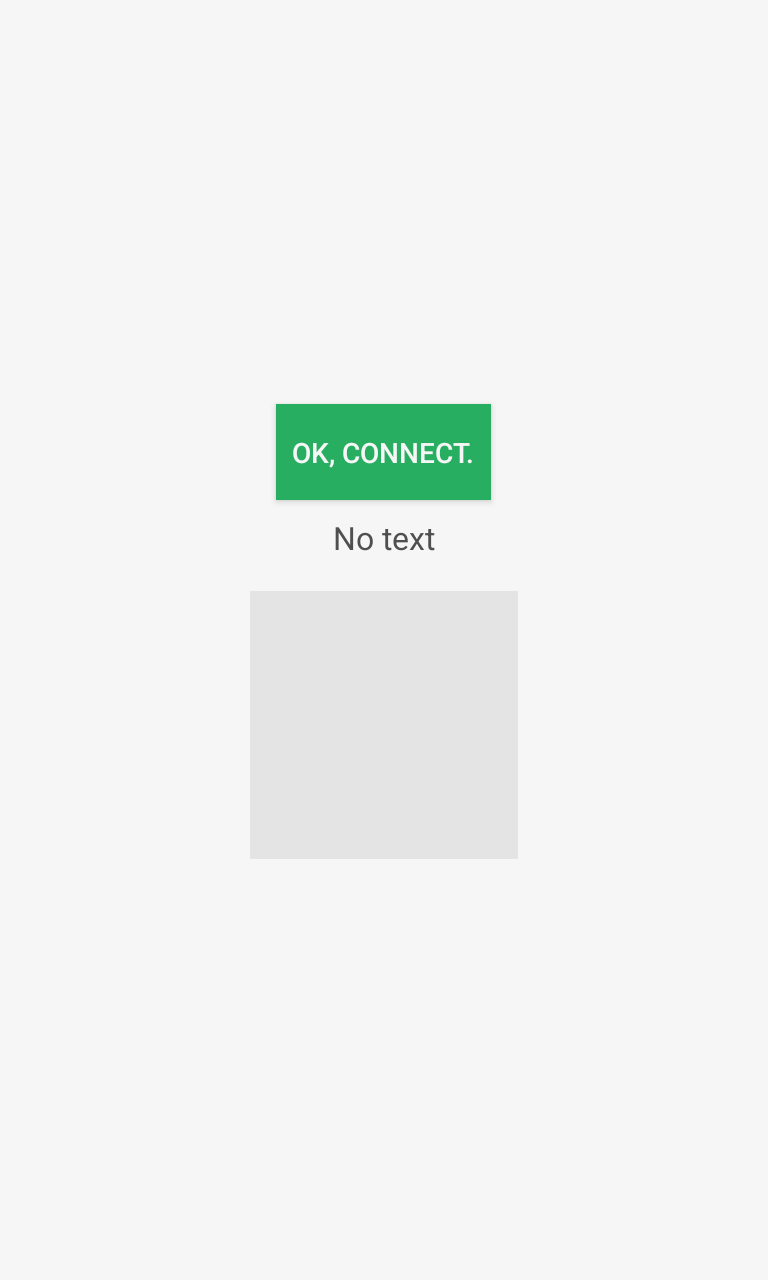
Repository: Vierco/Get_elements_from_web_and_caching
Layout: Guidelines_template/template/res/layout/hello.xml
These files come from the project's save history. The layout is drawn as it stood at one moment and after a run of saves; the edit follows.
It is drawn on a 768 x 1280 px phone screen (xhdpi) without system bars, with theme AppTheme; the app's code is not run. Lists and similar views that code fills are empty.

Above is the layout before, as saved 2014-05-01 20:19:42.

### Guidelines_template/template/res/layout/hello.xml
<LinearLayout xmlns:android="http://schemas.android.com/apk/res/android"
    xmlns:tools="http://schemas.android.com/tools"
    android:id="@+id/container"
    android:layout_width="match_parent"
    android:layout_height="match_parent"
    android:layout_marginBottom="@dimen/activity_vertical_margin"
    android:layout_marginLeft="@dimen/activity_horizontal_margin"
    android:layout_marginRight="@dimen/activity_horizontal_margin"
    android:layout_marginTop="@dimen/activity_vertical_margin"
    android:background="@color/white"
    android:gravity="center"
    android:orientation="vertical"
    tools:context="vierco.com.example.template.Hello" >

    <Button
        android:id="@+id/BT_connect"
        android:layout_width="wrap_content"
        android:layout_height="wrap_content"
        android:layout_gravity="center"
        android:background="@color/green"
        android:padding="@dimen/views_padding"
        android:text="@string/TXconnect"
        android:textColor="@color/white" />

    <TextView
        android:id="@+id/textView1"
        android:layout_width="wrap_content"
        android:layout_height="wrap_content"
        android:padding="@dimen/views_padding"
        android:text="@string/TXnoText"
        android:textColor="@color/text_color"
        android:textSize="@dimen/default_text_size" />

    <ImageView
        android:id="@+id/imageView1"
        android:layout_width="150dp"
        android:layout_height="150dp"
        android:padding="@dimen/views_padding"
        android:src="@color/grey" />

</LinearLayout>

### Guidelines_template/template/res/values/dimens.xml
<resources>

    <!-- Default screen margins, per the Android Design guidelines. -->
    <dimen name="views_padding">8dp</dimen>
    <dimen name="default_text_padding">3dp</dimen>
    <dimen name="title_text_padding">4dp</dimen>
    <dimen name="activity_horizontal_margin">9dp</dimen>
    <dimen name="activity_vertical_margin">9dp</dimen>
    <dimen name="default_text_size">16dp</dimen>
    <dimen name="title_text_size">22dp</dimen>
    <dimen name="subtitle_text_size">14dp</dimen>
    <dimen name="annotations_text_size">11dp</dimen>
    <dimen name="action_bar_text_size">13dp</dimen>
    <dimen name="button_text_size">15dp</dimen>

</resources>

### Guidelines_template/template/res/values/colors.xml
<?xml version="1.0" encoding="utf-8"?>
<resources>

    <color name="green">#27ae60</color>
    <color name="white">#f6f6f6</color>
    <color name="grey">#e4e4e4</color>
    <color name="text_color">#4f4f4f</color>

</resources>

### Guidelines_template/template/res/values/strings.xml
<?xml version="1.0" encoding="utf-8"?>
<resources>

    <string name="app_name">template</string>
    <string name="action_settings">Settings</string>
    <string name="TXconnect">Ok, connect.</string>
    <string name="TXnoText">No text</string>

</resources>

Loaded but not shown: Guidelines_template/template/res/values/styles.xml (common file); Guidelines_template/template/res/values-v11/styles.xml (common file); Guidelines_template/template/res/values-v14/styles.xml (common file); Guidelines_template/template/res/values-w820dp/dimens.xml (common file)

After the next 2 saves:
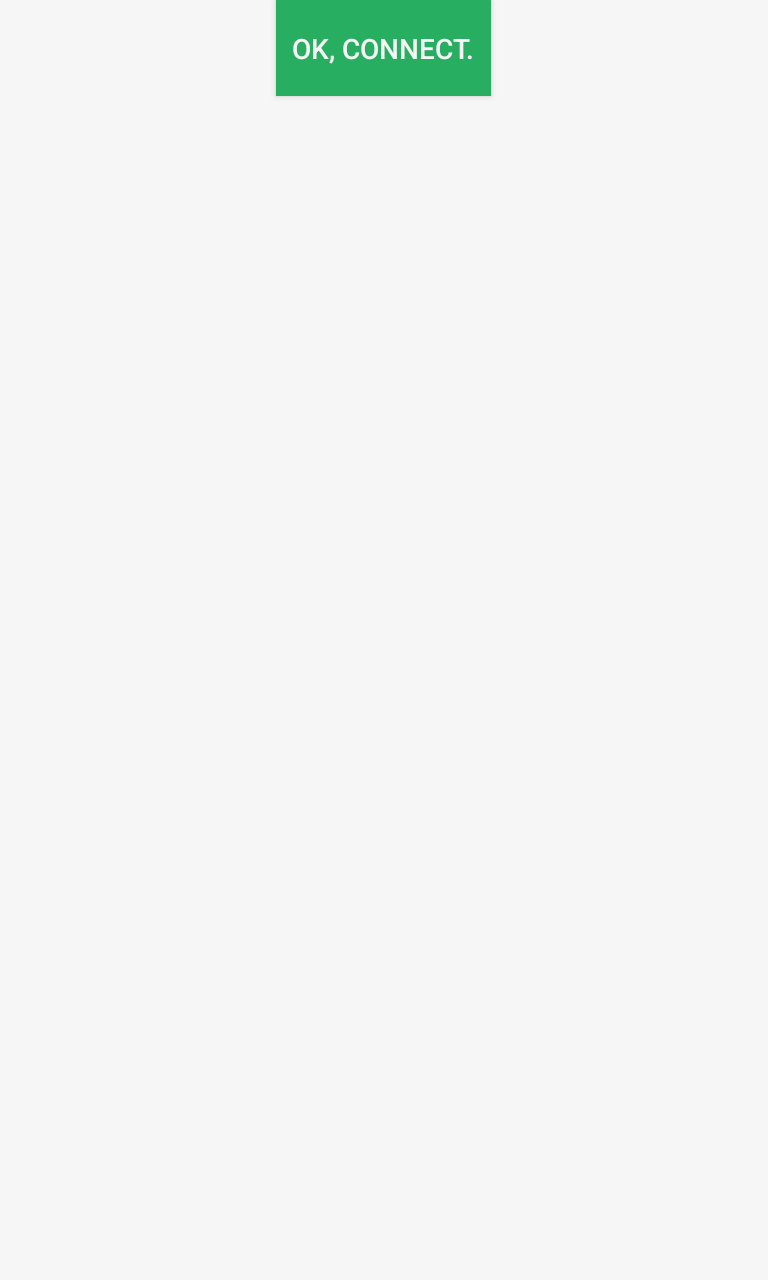
The 2 saves are shown as one change because they came seconds apart.
The last was saved 12 min 16 s later.
--- a/Guidelines_template/template/res/layout/hello.xml
+++ b/Guidelines_template/template/res/layout/hello.xml
@@ -22,20 +22,13 @@
         android:text="@string/TXconnect"
         android:textColor="@color/white" />
 
-    <TextView
-        android:id="@+id/textView1"
-        android:layout_width="wrap_content"
-        android:layout_height="wrap_content"
+    <ListView
+        android:id="@+id/LISTV_myList"
+        android:layout_width="match_parent"
+        android:layout_height="match_parent"
+        android:layout_weight="1"
         android:padding="@dimen/views_padding"
-        android:text="@string/TXnoText"
-        android:textColor="@color/text_color"
-        android:textSize="@dimen/default_text_size" />
-
-    <ImageView
-        android:id="@+id/imageView1"
-        android:layout_width="150dp"
-        android:layout_height="150dp"
-        android:padding="@dimen/views_padding"
-        android:src="@color/grey" />
+        android:scrollbars="none" >
+    </ListView>
 
 </LinearLayout>
